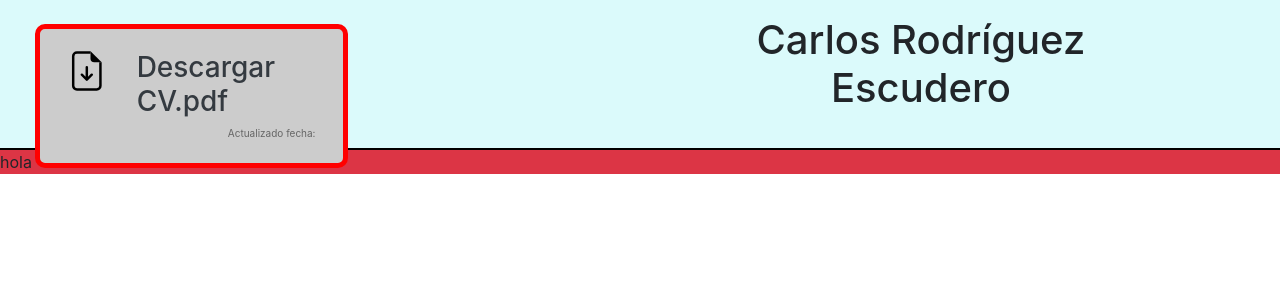
Repository: CarlosRoEs/CarlosWebCV
Page: index.html
The author's editor kept a copy of each file at every save. The page is drawn from the files as they stood at one save, then again after a run of saves.
The browser window is 1280 px wide. The pictures show the whole page.
The style sheet was rebuilt from its Sass, Less or Tailwind sources for each picture, by a compiler version that may differ from the author's.

Above is the page before, as saved 2020-09-15 16:13:05.

After the next 4 saves:
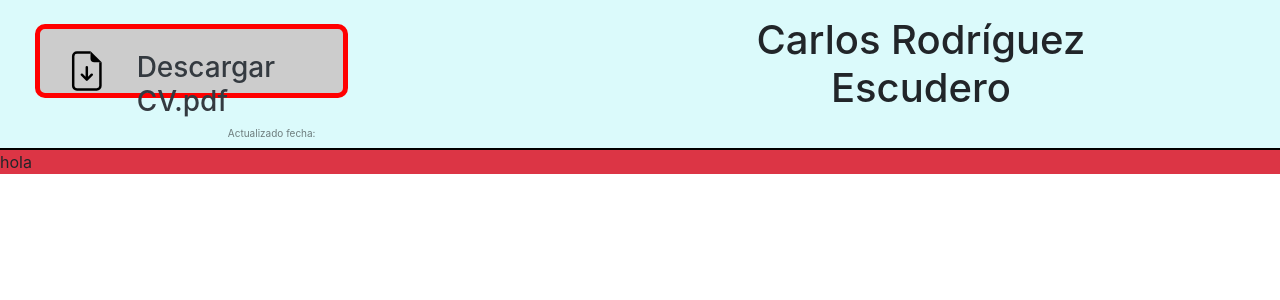
The 4 saves are shown as one change because they came seconds apart.
The last was saved 19 s later.
--- a/Sass/header.scss
+++ b/Sass/header.scss
@@ -18,6 +18,7 @@
 #header-button {
     margin-left: 20px;
     width: 50%;
+    height: 50%;
     background-color: #ccc;
     border: 5px solid red;
     border-radius: 10px;
